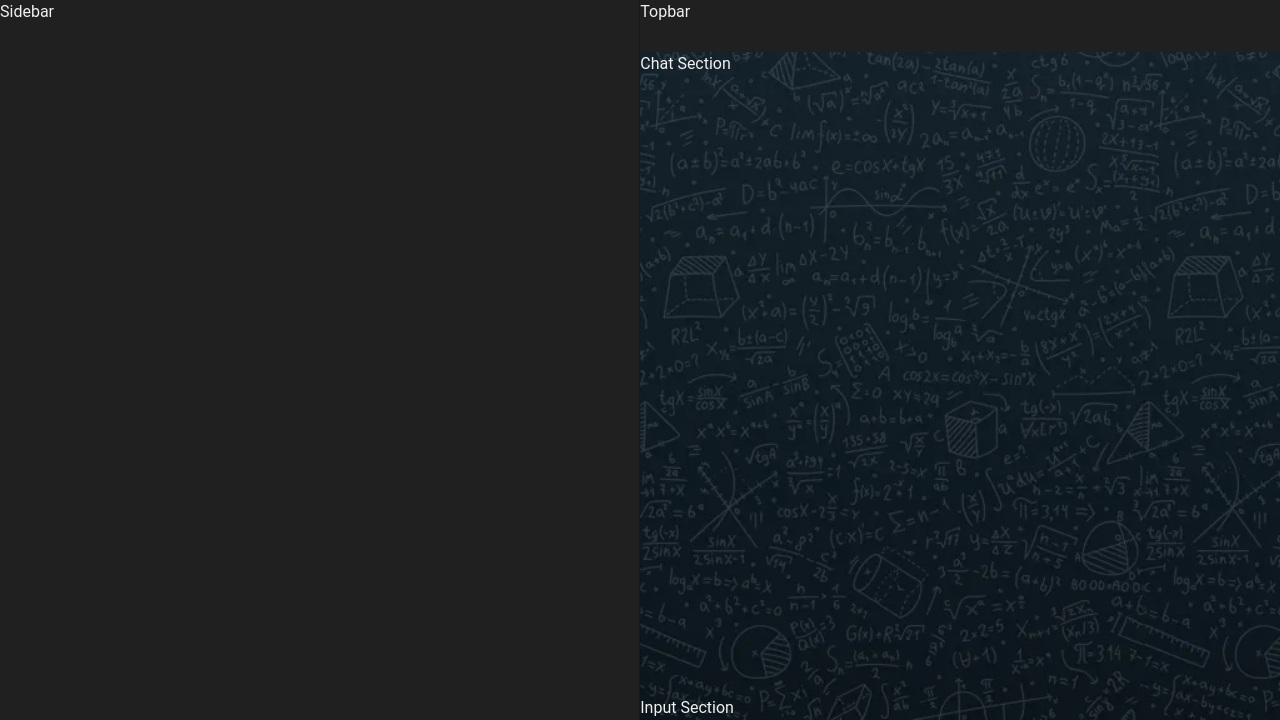
Repository: Qu4ntumGuy/telegram-clone
Page: /
These files come from the project's save history. The page is drawn as it stood at one moment and after the next save; the edit follows.
The browser window is 1280 px wide. The pictures show the whole page.
The project was rebuilt for these pictures with package versions that can differ from the ones it lists, and the page was loaded fresh each time. Also part of the build but not shown: src/Utils/ContextProvider.js, src/Pages/ChatPage.js/ChatPage.js.

Above is the page before, as saved 2024-07-15 11:53:57.

### src/index.css
@tailwind base;
@tailwind components;
@tailwind utilities;

:root {
  font-family: "Roboto", sans-serif;
  color-scheme: light;
  body {
    @apply bg-[#181818] text-[#f0f0f0];
  }
}
/*
:root {
  @apply bg-[#181818];
} */

### src/App.js
import { Routes, BrowserRouter, Route } from "react-router-dom";
import Sidebar from "./Components/Sidebar";
import Home from "./Pages/Home/Home";
import ChatPage from "./Pages/ChatPage.js/ChatPage";

function App() {
  return (
    <div className="flex max-w-[105rem] mx-auto">
      <Sidebar />
      <BrowserRouter>
        <Routes>
          <Route path="/" element={<Home />} />
          <Route path="/k/:id" element={<ChatPage />} />
        </Routes>
      </BrowserRouter>
      {/* <Home /> */}
    </div>
  );
}

export default App;

### src/Components/Sidebar.js
import React from "react";
import { useComponentContext } from "../Utils/ContextProvider";

function Sidebar() {
  const context = useComponentContext();
  return (
    <div className="w-full md:min-w-[26rem] bg-[#202020] border-r border-[#181818] h-screen">
      Sidebar
    </div>
  );
}

export default Sidebar;

### src/Pages/Home/Home.js
import React from "react";
import backgroundImage from "../../Assets/Desktop.webp";

function Home() {
  const image =
    "https://blog.1a23.com/wp-content/uploads/sites/2/2020/02/pattern_02-150x150.png";

  //   const divStyle = {
  //     width: "100%",
  //     height: "100vh", // Adjust the height as needed
  //     backgroundImage: `url(${backgroundImage})`,
  //     backgroundSize: "cover", // Ensures the image covers the entire div
  //     backgroundPosition: "center", // Centers the image
  //   };
  return (
    <div
      className="flex flex-col justify-center bg-cover h-screen md:w-full "
      style={{ backgroundImage: `url(${backgroundImage})` }}
    >
      <div className="top-0 mb-auto h-14  bg-[#202020]">Topbar</div>
      <div className="flex flex-col h-full">
        <div className="top-0">Chat Section</div>
        <div className="bottom-0 mt-auto">Input Section</div>
      </div>
    </div>
  );
}

export default Home;

Loaded but not shown: public/index.html (common file); src/index.js (common file); src/reportWebVitals.js (common file); tailwind.config.js (common file)

After the next save:
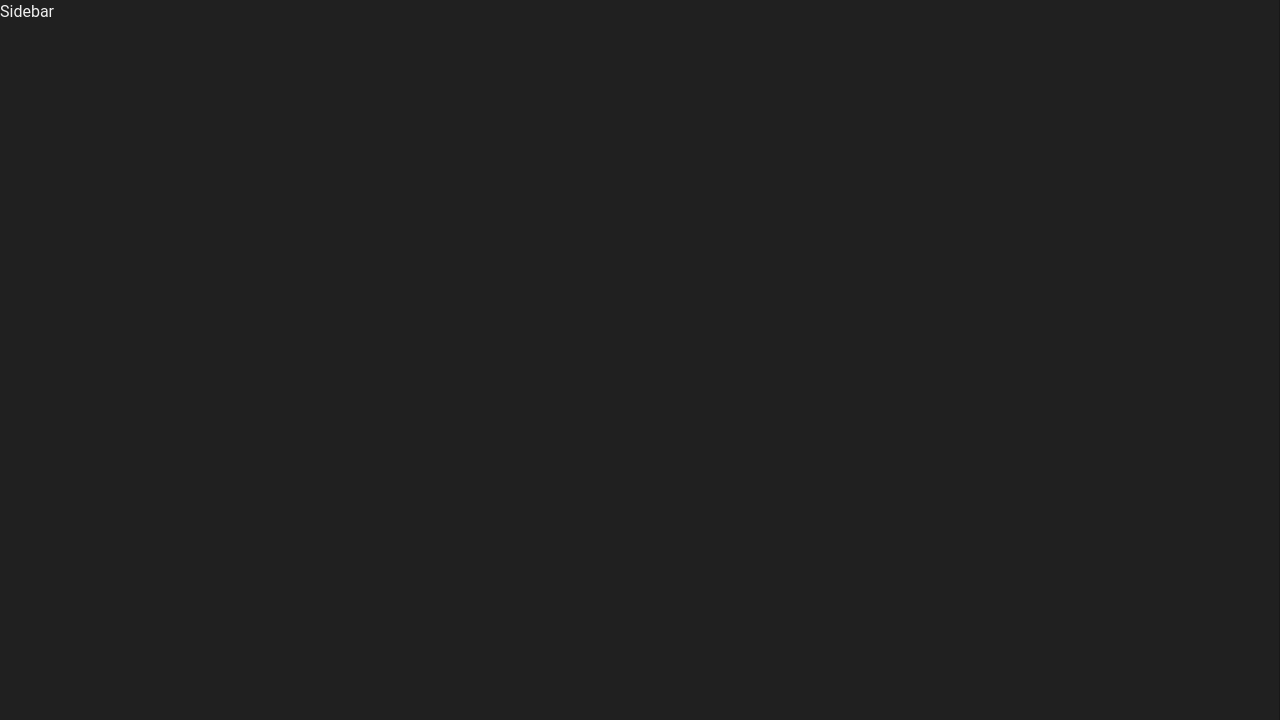
Saved 9 s later.
--- a/src/Pages/Home/Home.js
+++ b/src/Pages/Home/Home.js
@@ -14,7 +14,7 @@
   //   };
   return (
     <div
-      className="flex flex-col justify-center bg-cover h-screen md:w-full "
+      className="flex flex-col justify-center bg-cover h-screen hidden md:w-full "
       style={{ backgroundImage: `url(${backgroundImage})` }}
     >
       <div className="top-0 mb-auto h-14  bg-[#202020]">Topbar</div>

After the save that followed:
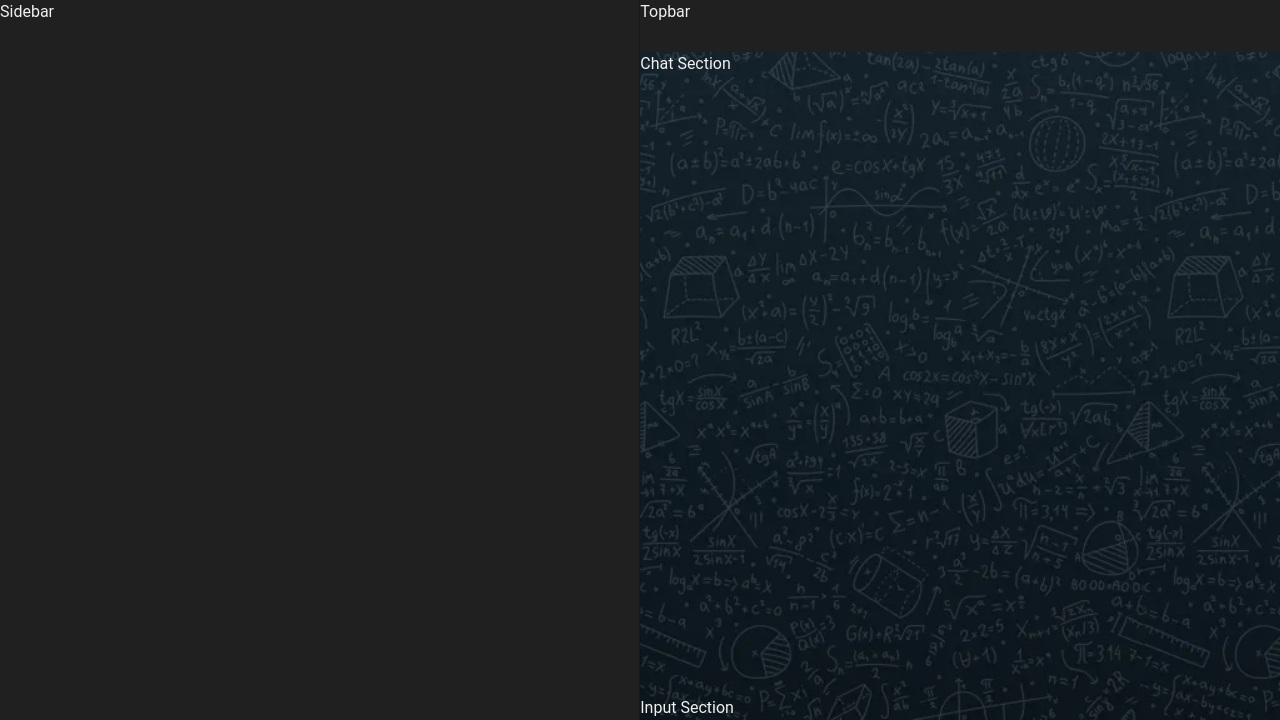
Saved 12 s later.
--- a/src/Pages/Home/Home.js
+++ b/src/Pages/Home/Home.js
@@ -14,7 +14,7 @@
   //   };
   return (
     <div
-      className="flex flex-col justify-center bg-cover h-screen hidden md:w-full "
+      className="md:flex flex-col justify-center bg-cover h-screen hidden md:w-full "
       style={{ backgroundImage: `url(${backgroundImage})` }}
     >
       <div className="top-0 mb-auto h-14  bg-[#202020]">Topbar</div>
